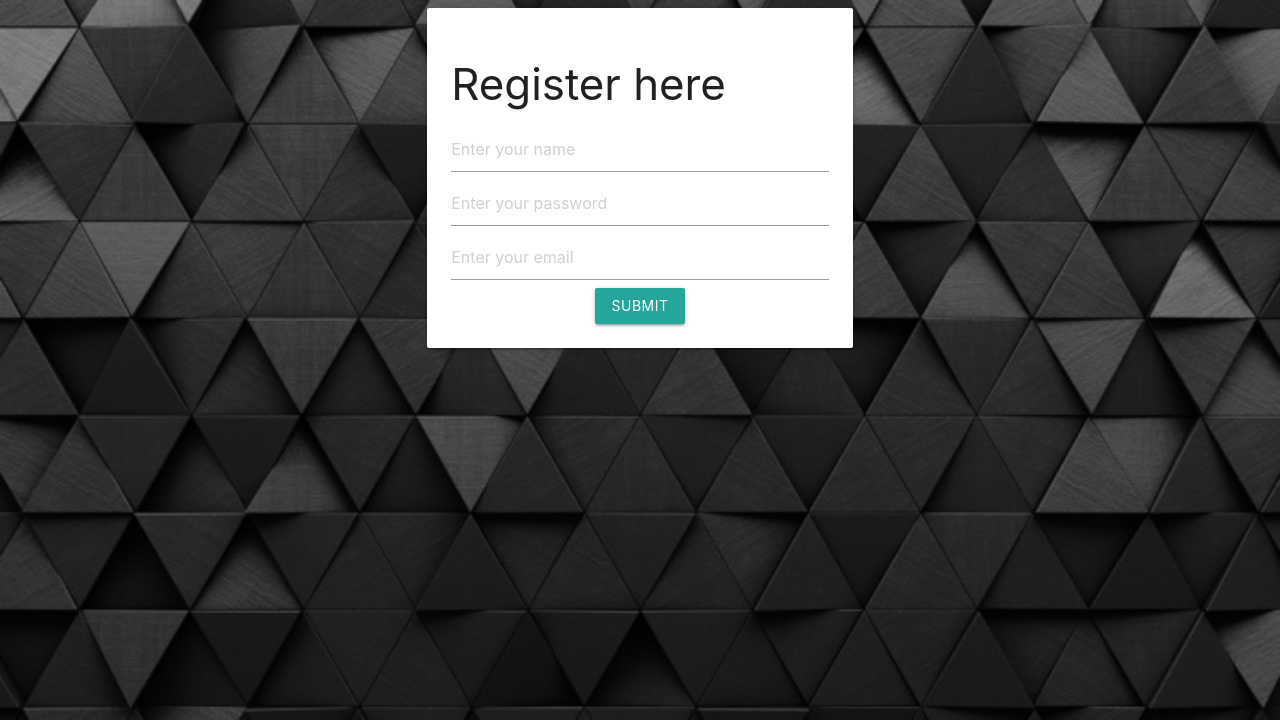
Repository: Attishgawali/JavaServletAndJSP
Page: http://localhost/Register/signup.jsp
These files come from the project's save history. The page is drawn as it stood at one moment and after the next save; the edit follows.
The browser window is 1280 px wide. The pictures show the whole page.
The page is served by Tomcat 9.

Above is the page before, as saved 2023-07-06 11:34:50.

After the next save:
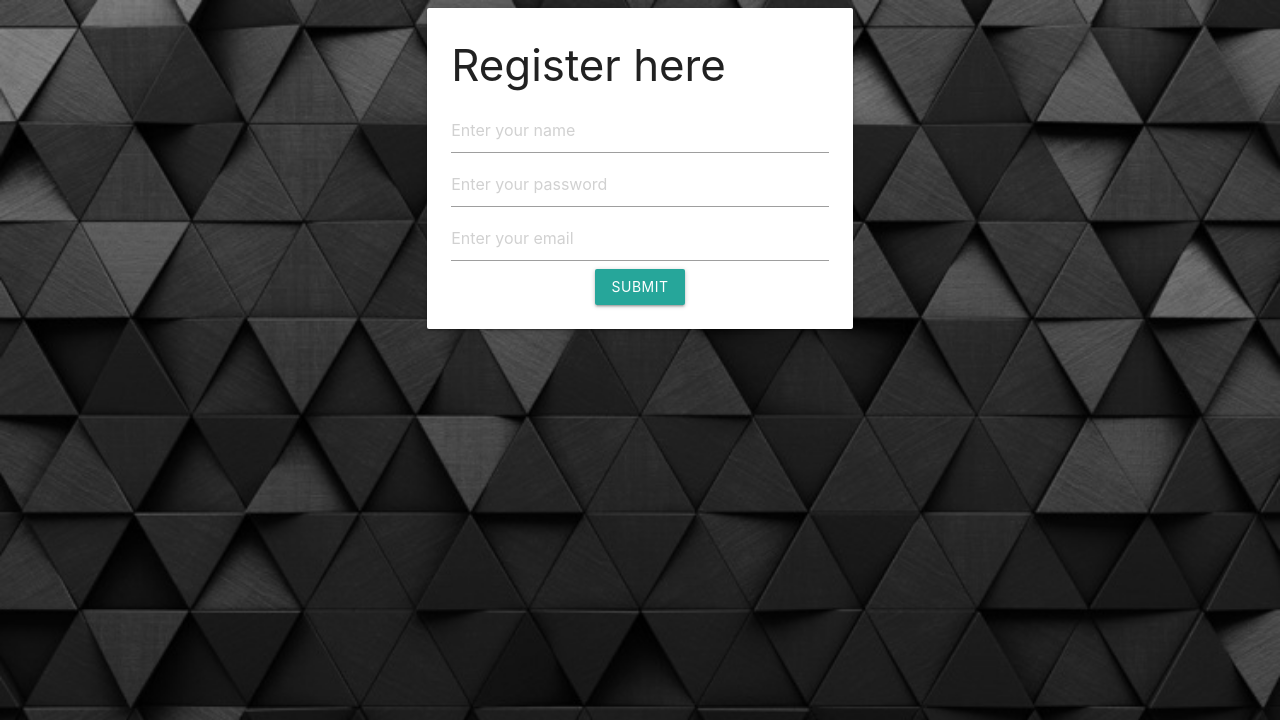
Saved 2 min 41 s later.
--- a/Register/src/main/webapp/signup.jsp
+++ b/Register/src/main/webapp/signup.jsp
@@ -19,7 +19,7 @@
 			<div class="col m6 offset-m3">
 				<div class="card">
 					<div class="card-content">
-						<h3>Register here</h3>
+						<h3 style="margin-top: 10px; align-center">Register here</h3>
 						<div class="form center-align">
 							<form action="register" method="post">
 								<input type="text" name="username" placeholder="Enter your name">
